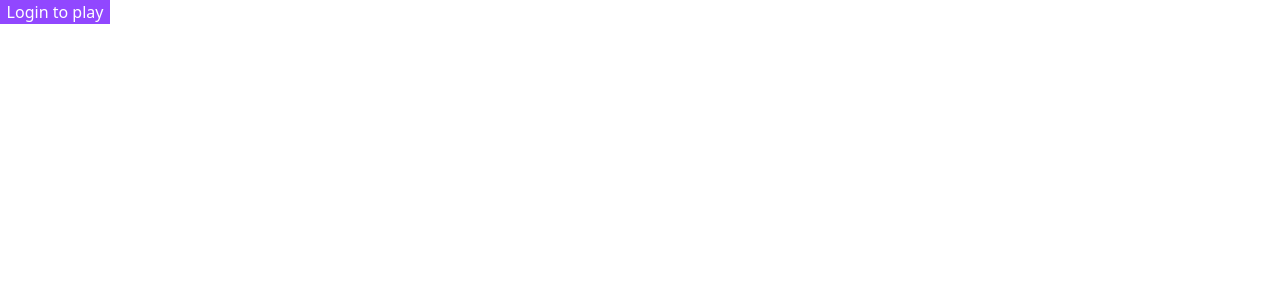
Repository: Teddy1705/demo_pj
Page: /
The author's editor kept a copy of each file at every save. The page is drawn from the files as they stood at one save, then again after the next save.
The browser window is 1280 px wide. The pictures show the whole page.
The project was rebuilt for these pictures with package versions that can differ from the ones it lists, and the page was loaded fresh each time. Also part of the build but not shown: vite.config.js.

Above is the page before, as saved 2024-04-27 01:18:01.

### index.html
<!DOCTYPE html>
<html lang="en">
  <head>
    <meta charset="UTF-8" />
    <link rel="icon" type="image/svg+xml" href="/vite.svg" />
    <meta name="viewport" content="width=device-width, initial-scale=1.0" />
    <title>Tic Tac Toe</title>
    <link rel="stylesheet" href="./src/index.css" />
    <link
      rel="stylesheet"
      href="./src/assets/themify-icons/themify-icons.css"
    />
  </head>
  <body>
    <div id="root"></div>
    <script type="module" src="/src/main.jsx"></script>
  </body>
</html>

### src/index.css
:root {
  --white-color: #fff;
  --black-color: #000;
}

/*
1. Prevent padding and border from affecting element width. (https://github.com/mozdevs/cssremedy/issues/4)
2. Allow adding a border to an element by just adding a border-width. (https://github.com/tailwindcss/tailwindcss/pull/116)
*/

*,
::before,
::after {
  box-sizing: border-box;
  /* 1 */
  border-width: 0;
  /* 2 */
  border-style: solid;
  /* 2 */
  border-color: #e5e7eb;
  /* 2 */
}

::before,
::after {
  --tw-content: "";
}

/*
1. Use a consistent sensible line-height in all browsers.
2. Prevent adjustments of font size after orientation changes in iOS.
3. Use a more readable tab size.
4. Use the user's configured `sans` font-family by default.
5. Use the user's configured `sans` font-feature-settings by default.
6. Use the user's configured `sans` font-variation-settings by default.
7. Disable tap highlights on iOS
*/

html,
:host {
  line-height: 1.5;
  /* 1 */
  -webkit-text-size-adjust: 100%;
  /* 2 */
  -moz-tab-size: 4;
  /* 3 */
  -o-tab-size: 4;
  tab-size: 4;
  /* 3 */
  font-family: ui-sans-serif, system-ui, sans-serif, "Apple Color Emoji",
    "Segoe UI Emoji", "Segoe UI Symbol", "Noto Color Emoji";
  /* 4 */
  font-feature-settings: normal;
  /* 5 */
  font-variation-settings: normal;
  /* 6 */
  -webkit-tap-highlight-color: transparent;
  /* 7 */
}

/*
1. Remove the margin in all browsers.
2. Inherit line-height from `html` so users can set them as a class directly on the `html` element.
*/

body {
  margin: 0;
  /* 1 */
  line-height: inherit;
  /* 2 */
}

/*
1. Add the correct height in Firefox.
2. Correct the inheritance of border color in Firefox. (https://bugzilla.mozilla.org/show_bug.cgi?id=190655)
3. Ensure horizontal rules are visible by default.
*/

hr {
  height: 0;
  /* 1 */
  color: inherit;
  /* 2 */
  border-top-width: 1px;
  /* 3 */
}

/*
Add the correct text decoration in Chrome, Edge, and Safari.
*/

abbr:where([title]) {
  -webkit-text-decoration: underline dotted;
  text-decoration: underline dotted;
}

/*
Remove the default font size and weight for headings.
*/

h1,
h2,
h3,
h4,
h5,
h6 {
  font-size: inherit;
  font-weight: inherit;
}

/*
Reset links to optimize for opt-in styling instead of opt-out.
*/

a {
  color: inherit;
  text-decoration: inherit;
}

/*
Add the correct font weight in Edge and Safari.
*/

b,
strong {
  font-weight: bolder;
}

/*
1. Use the user's configured `mono` font-family by default.
2. Use the user's configured `mono` font-feature-settings by default.
3. Use the user's configured `mono` font-variation-settings by default.
4. Correct the odd `em` font sizing in all browsers.
*/

code,
kbd,
samp,
pre {
  font-family: ui-monospace, SFMono-Regular, Menlo, Monaco, Consolas,
    "Liberation Mono", "Courier New", monospace;
  /* 1 */
  font-feature-settings: normal;
  /* 2 */
  font-variation-settings: normal;
  /* 3 */
  font-size: 1em;
  /* 4 */
}

/*
Add the correct font size in all browsers.
*/

small {
  font-size: 80%;
}

/*
Prevent `sub` and `sup` elements from affecting the line height in all browsers.
*/

sub,
sup {
  font-size: 75%;
  line-height: 0;
  position: relative;
  vertical-align: baseline;
}

sub {
  bottom: -0.25em;
}

sup {
  top: -0.5em;
}

/*
1. Remove text indentation from table contents in Chrome and Safari. (https://bugs.chromium.org/p/chromium/issues/detail?id=999088, https://bugs.webkit.org/show_bug.cgi?id=201297)
2. Correct table border color inheritance in all Chrome and Safari. (https://bugs.chromium.org/p/chromium/issues/detail?id=935729, https://bugs.webkit.org/show_bug.cgi?id=195016)
3. Remove gaps between table borders by default.
*/

table {
  text-indent: 0;
  /* 1 */
  border-color: inherit;
  /* 2 */
  border-collapse: collapse;
  /* 3 */
}

/*
1. Change the font styles in all browsers.
2. Remove the margin in Firefox and Safari.
3. Remove default padding in all browsers.
*/

button,
input,
optgroup,
select,
textarea {
  font-family: inherit;
  /* 1 */
  font-feature-settings: inherit;
  /* 1 */
  font-variation-settings: inherit;
  /* 1 */
  font-size: 100%;
  /* 1 */
  font-weight: inherit;
  /* 1 */
  line-height: inherit;
  /* 1 */
  letter-spacing: inherit;
  /* 1 */
  color: inherit;
  /* 1 */
  margin: 0;
  /* 2 */
  padding: 0;
  /* 3 */
}

/*
Remove the inheritance of text transform in Edge and Firefox.
*/

button,
select {
  text-transform: none;
}

/*
1. Correct the inability to style clickable types in iOS and Safari.
2. Remove default button styles.
*/

button,
input:where([type="button"]),
input:where([type="reset"]),
input:where([type="submit"]) {
  -webkit-appearance: button;
  /* 1 */
  background-color: transparent;
  /* 2 */
  background-image: none;
  /* 2 */
}

/*
Use the modern Firefox focus style for all focusable elements.
*/

:-moz-focusring {
  outline: auto;
}

/*
Remove the additional `:invalid` styles in Firefox. (https://github.com/mozilla/gecko-dev/blob/2f9eacd9d3d995c937b4251a5557d95d494c9be1/layout/style/res/forms.css#L728-L737)
*/

:-moz-ui-invalid {
  box-shadow: none;
}

/*
Add the correct vertical alignment in Chrome and Firefox.
*/

progress {
  vertical-align: baseline;
}

/*
Correct the cursor style of increment and decrement buttons in Safari.
*/

::-webkit-inner-spin-button,
::-webkit-outer-spin-button {
  height: auto;
}

/*
1. Correct the odd appearance in Chrome and Safari.
2. Correct the outline style in Safari.
*/

[type="search"] {
  -webkit-appearance: textfield;
  /* 1 */
  outline-offset: -2px;
  /* 2 */
}

/*
Remove the inner padding in Chrome and Safari on macOS.
*/

::-webkit-search-decoration {
  -webkit-appearance: none;
}

/*
1. Correct the inability to style clickable types in iOS and Safari.
2. Change font properties to `inherit` in Safari.
*/

::-webkit-file-upload-button {
  -webkit-appearance: button;
  /* 1 */
  font: inherit;
  /* 2 */
}

/*
Add the correct display in Chrome and Safari.
*/

summary {
  display: list-item;
}

/*
Removes the default spacing and border for appropriate elements.
*/

blockquote,
dl,
dd,
h1,
h2,
h3,
h4,
h5,
h6,
hr,
figure,
p,
pre {
  margin: 0;
}

fieldset {
  margin: 0;
  padding: 0;
}

legend {
  padding: 0;
}

ol,
ul,
menu {
  list-style: none;
  margin: 0;
  padding: 0;
}

/*
Reset default styling for dialogs.
*/

dialog {
  padding: 0;
}

/*
Prevent resizing textareas horizontally by default.
*/

textarea {
  resize: vertical;
}

/*
1. Reset the default placeholder opacity in Firefox. (https://github.com/tailwindlabs/tailwindcss/issues/3300)
2. Set the default placeholder color to the user's configured gray 400 color.
*/

input::-moz-placeholder,
textarea::-moz-placeholder {
  opacity: 1;
  /* 1 */
  color: #9ca3af;
  /* 2 */
}

input::placeholder,
textarea::placeholder {
  opacity: 1;
  /* 1 */
  color: #9ca3af;
  /* 2 */
}

/*
Set the default cursor for buttons.
*/

button,
[role="button"] {
  cursor: pointer;
}

/*
Make sure disabled buttons don't get the pointer cursor.
*/

:disabled {
  cursor: default;
}

/*
1. Make replaced elements `display: block` by default. (https://github.com/mozdevs/cssremedy/issues/14)
2. Add `vertical-align: middle` to align replaced elements more sensibly by default. (https://github.com/jensimmons/cssremedy/issues/14#issuecomment-634934210)
   This can trigger a poorly considered lint error in some tools but is included by design.
*/

img,
svg,
video,
canvas,
audio,
iframe,
embed,
object {
  display: block;
  /* 1 */
  vertical-align: middle;
  /* 2 */
}

/*
Constrain images and videos to the parent width and preserve their intrinsic aspect ratio. (https://github.com/mozdevs/cssremedy/issues/14)
*/

img,
video {
  max-width: 100%;
  height: auto;
}

/* Make elements with the HTML hidden attribute stay hidden by default */

[hidden] {
  display: none;
}

*,
::before,
::after {
  --tw-border-spacing-x: 0;
  --tw-border-spacing-y: 0;
  --tw-translate-x: 0;
  --tw-translate-y: 0;
  --tw-rotate: 0;
  --tw-skew-x: 0;
  --tw-skew-y: 0;
  --tw-scale-x: 1;
  --tw-scale-y: 1;
  --tw-pan-x: ;
  --tw-pan-y: ;
  --tw-pinch-zoom: ;
  --tw-scroll-snap-strictness: proximity;
  --tw-gradient-from-position: ;
  --tw-gradient-via-position: ;
  --tw-gradient-to-position: ;
  --tw-ordinal: ;
  --tw-slashed-zero: ;
  --tw-numeric-figure: ;
  --tw-numeric-spacing: ;
  --tw-numeric-fraction: ;
  --tw-ring-inset: ;
  --tw-ring-offset-width: 0px;
  --tw-ring-offset-color: #fff;
  --tw-ring-color: rgb(59 130 246 / 0.5);
  --tw-ring-offset-shadow: 0 0 #0000;
  --tw-ring-shadow: 0 0 #0000;
  --tw-shadow: 0 0 #0000;
  --tw-shadow-colored: 0 0 #0000;
  --tw-blur: ;
  --tw-brightness: ;
  --tw-contrast: ;
  --tw-grayscale: ;
  --tw-hue-rotate: ;
  --tw-invert: ;
  --tw-saturate: ;
  --tw-sepia: ;
  --tw-drop-shadow: ;
  --tw-backdrop-blur: ;
  --tw-backdrop-brightness: ;
  --tw-backdrop-contrast: ;
  --tw-backdrop-grayscale: ;
  --tw-backdrop-hue-rotate: ;
  --tw-backdrop-invert: ;
  --tw-backdrop-opacity: ;
  --tw-backdrop-saturate: ;
  --tw-backdrop-sepia: ;
  --tw-contain-size: ;
  --tw-contain-layout: ;
  --tw-contain-paint: ;
  --tw-contain-style: ;
}

::backdrop {
  --tw-border-spacing-x: 0;
  --tw-border-spacing-y: 0;
  --tw-translate-x: 0;
  --tw-translate-y: 0;
  --tw-rotate: 0;
  --tw-skew-x: 0;
  --tw-skew-y: 0;
  --tw-scale-x: 1;
  --tw-scale-y: 1;
  --tw-pan-x: ;
  --tw-pan-y: ;
  --tw-pinch-zoom: ;
  --tw-scroll-snap-strictness: proximity;
  --tw-gradient-from-position: ;
  --tw-gradient-via-position: ;
  --tw-gradient-to-position: ;
  --tw-ordinal: ;
  --tw-slashed-zero: ;
  --tw-numeric-figure: ;
  --tw-numeric-spacing: ;
  --tw-numeric-fraction: ;
  --tw-ring-inset: ;
  --tw-ring-offset-width: 0px;
  --tw-ring-offset-color: #fff;
  --tw-ring-color: rgb(59 130 246 / 0.5);
  --tw-ring-offset-shadow: 0 0 #0000;
  --tw-ring-shadow: 0 0 #0000;
  --tw-shadow: 0 0 #0000;
  --tw-shadow-colored: 0 0 #0000;
  --tw-blur: ;
  --tw-brightness: ;
  --tw-contrast: ;
  --tw-grayscale: ;
  --tw-hue-rotate: ;
  --tw-invert: ;
  --tw-saturate: ;
  --tw-sepia: ;
  --tw-drop-shadow: ;
  --tw-backdrop-blur: ;
  --tw-backdrop-brightness: ;
  --tw-backdrop-contrast: ;
  --tw-backdrop-grayscale: ;
  --tw-backdrop-hue-rotate: ;
  --tw-backdrop-invert: ;
  --tw-backdrop-opacity: ;
  --tw-backdrop-saturate: ;
  --tw-backdrop-sepia: ;
  --tw-contain-size: ;
  --tw-contain-layout: ;
  --tw-contain-paint: ;
  --tw-contain-style: ;
}

.login-interface {
  background-color: #9147ff;
  width: 110px;
  display: flex;
  justify-content: center;
}

.login-btn {
  color: #fff;
}

#modal {
  position: fixed;
  top: 0;
  right: 0;
  bottom: 0;
  left: 0;
  display: flex;
  align-items: center;
  justify-content: center;
  display: none;
}

#modal .modal__overlay {
  position: absolute;
  width: 100%;
  height: 100%;
  background-color: rgba(0, 0, 0, 0.3);
}

#modal .modal__body {
  position: relative;
  background-color: var(--white-color);
  margin: auto;
  width: 500px;
  min-height: 300px;
  padding: 16px;
  border-radius: 3px;
}

.auth-form__heading {
  font-size: 25px;
  font-weight: 700;
  text-align: center;
  margin: 20px 0;
}

.auth-form__close {
  position: absolute;
  top: 0;
  right: 0;
  font-size: 14px;
  padding: 18px 16px;
}

.auth-form__close:hover {
  background-color: #ccc;
  cursor: pointer;
}

.auth-form__info {
}

.auth-form__info-details {
}

.auth-form__label {
  display: block;
  font-size: 15px;
  font-weight: 500;
}

.auth-form__info-input {
  border: 1px solid #ccc;
  width: 100%;
  font-size: 15px;
  padding: 5px;
  margin: 5px 0 8px;
}

.auth-form__help {
  font-size: 13px;
  font-weight: 400;
  color: #9147ff;
  margin-bottom: 22px;
}

.auth-form__btn {
  width: 100%;
  background-color: #9147ff;
  color: #fff;
  font-size: 15px;
  font-weight: 500;
  padding: 5px;
  border-radius: 4px;
  margin-bottom: 50px;
}

### src/main.jsx
import React from "react";
import ReactDOM from "react-dom/client";
import App from "./App.jsx";
import { createBrowserRouter, RouterProvider } from "react-router-dom";
import Root from "./routes/root";
import "./index.css";

const router = createBrowserRouter([
  {
    path: "/",
    element: <Root />,
  },
]);

ReactDOM.createRoot(document.getElementById("root")).render(
  <React.StrictMode>
    <RouterProvider router={router} />
    <App />
  </React.StrictMode>
);

### src/routes/root.jsx
export default function Root() {
  var btn = document.getElementById("js-login");

  return (
    <>
      <div className="login-interface">
        <button className="login-btn js-login">Login to play</button>
      </div>
      <div id="modal">
        <div className="modal__overlay"></div>
        <div className="modal__body">
          <h1 className="auth-form__heading">Login</h1>
          <div className="auth-form__close">
            <i className="ti-close"></i>
          </div>
          <div className="auth-form__info">
            <div className="auth-form__info-details">
              <label htmlFor="" className="auth-form__label">
                Tên đăng nhập
              </label>
              <input
                type="text"
                className="auth-form__info-input"
                placeholder="Email/Số điện thoại"
              />
            </div>
            <div className="auth-form__info-details">
              <label htmlFor="" className="auth-form__label">
                Mật khẩu
              </label>
              <input
                type="password"
                className="auth-form__info-input"
                placeholder="Mật khẩu"
              />
            </div>
          </div>
          <div className="auth-form__help">Quên mật khẩu ?</div>
          <button className="auth-form__btn">
            <a
              href={`https://codesandbox.io/s/q2z497?file=%2Fsrc%2FApp.js&utm_medium=sandpack`}
              className=""
            >
              Đăng nhập
            </a>
          </button>
        </div>
      </div>
      <div id="detail"></div>
    </>
  );
}

Loaded but not shown: src/assets/themify-icons/themify-icons.css (common file); src/App.jsx (common file)

After the next save:
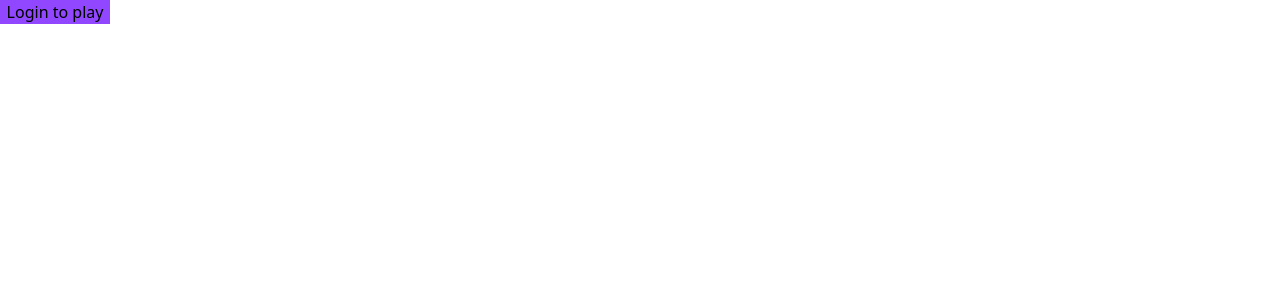
Saved 92 s later.
--- a/src/routes/root.jsx
+++ b/src/routes/root.jsx
@@ -4,7 +4,7 @@ export default function Root() {
   return (
     <>
       <div className="login-interface">
-        <button className="login-btn js-login">Login to play</button>
+        <button id="login-btn js-login">Login to play</button>
       </div>
       <div id="modal">
         <div className="modal__overlay"></div>
